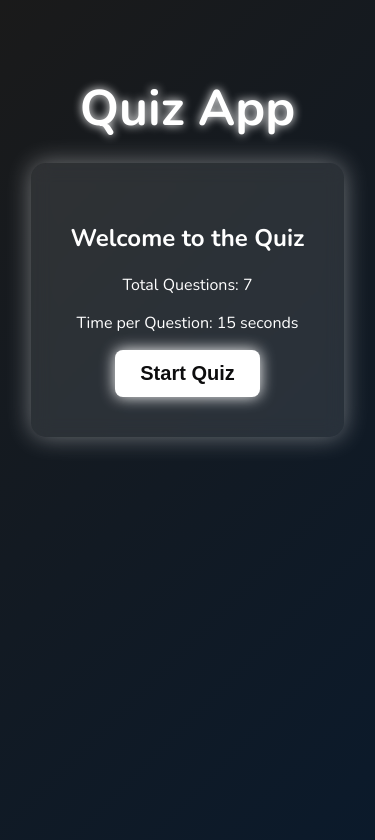
Repository: fatimaqueen9967-eng/SyntacexhubQuizApp
Page: index.html
An editor plug-in stored every save of this project. The page is shown before and after a run of saves, followed by the edit.
The browser window is 375 px wide. The pictures show the whole page.

Above is the page before, as saved 2026-03-15 21:51:48.

### index.html
<!DOCTYPE html>
<html lang="en">
<head>
<meta charset="UTF-8">
<meta name="viewport" content="width=device-width, initial-scale=1.0">
<title>Quiz App</title>
<link rel="stylesheet" href="style.css">
</head>

<body>

<h1 class="title">Quiz App</h1>

<!-- START SCREEN -->

<div id="startScreen" class="start-screen">

<h2>Welcome to the Quiz</h2>

<p>Total Questions: <span id="totalQ"></span></p>
<p>Time per Question: 15 seconds</p>

<button id="startBtn">Start Quiz</button>

</div>

<!-- QUIZ BOX -->

<div class="box hidden">

<div class="progress-bar">
<div id="progress"></div>
</div>

<div class="top-bar">
<span id="counter"></span>
<span id="timer">⏱ 15s</span>
</div>

<div id="question"></div>

<div id="options" class="options"></div>

<div id="answer-info"></div>

<button id="nextBtn">Next</button>

</div>

<!-- RESULT -->

<div id="result" class="result-box hidden">

<div class="circle">
<span id="scorePercent">0%</span>
</div>

<h2>Quiz Result</h2>

<p id="correct"></p>
<p id="wrong"></p>

<button onclick="location.reload()" style="background-color: #f2eff5; color: rgb(8, 8, 8); padding: 10px 20px; border: none; border-radius: 6px; cursor: pointer; font-size: 18px; box-shadow: 0 0 10px rgba(243, 241, 241, 0.3);">Restart Quiz</button>

</div>

<script src="script.js"></script>

</body>
</html>

### style.css

@import url('https://fonts.googleapis.com/css2?family=Nunito:wght@400;600;700;800;900&display=swap');
body{
/* background:linear-gradient(135deg,#89039b,#83005c); */
background: linear-gradient(135deg, #1a1a1a, #0b1a2b);
/* #1a1a1a = dark gray, #0b1a2b = navy */
font-family:Nunito;
display:flex;
flex-direction:column;
align-items:center;
/* justify-content:center; */
min-height:100vh;
margin:0;
color:white;
padding-top: 40px;
}

/* TITLE */

.title{
margin-bottom:20px;
text-shadow:0 0 10px white;
font-size: 50px;
}


/* START SCREEN */

.start-screen{
background:rgba(255,255,255,0.1);
padding:40px;
border-radius:15px;
text-align:center;
box-shadow:0 0 25px rgba(255,255,255,0.4);
backdrop-filter:blur(10px);
animation:fadeIn 1s;
}

.start-screen button{
padding:12px 25px;
border:none;
border-radius:8px;
background:#fff;
color:#0d0d0e;
font-size: 20px;
font-weight:bold;
cursor:pointer;
box-shadow:0 0 15px white;
transition:.3s;
}

.start-screen button:hover{
transform:scale(1.1);
}

/* QUIZ BOX */

.box{
background:white;
color:#333;
width:420px;
max-width:95%;
padding:20px;
border-radius:12px;
box-shadow:0 0 25px rgba(231, 229, 229, 0.3);
animation:fadeIn .5s;
}

.hidden{
display:none;
}

/* PROGRESS BAR */

.progress-bar{
width:100%;
height:8px;
background:#ddd;
border-radius:10px;
overflow:hidden;
margin-bottom:15px;
}

#progress{
height:100%;
width:0%;
/* background:linear-gradient(90deg,#81045c,#6e0169); */
background: linear-gradient(90deg, #121312, #072424);
transition:width .4s;
}

/* TOP BAR */

.top-bar{
display:flex;
justify-content:space-between;
margin-bottom:10px;
font-weight:bold;
}

/* QUESTION */

#question{
font-size:18px;
margin-bottom:15px;
}

/* OPTIONS */

.options button{
display:block;
width:100%;
padding:10px;
margin:8px 0;
border:none;
border-radius:8px;
/* background:#ce2cff; */
color:white;
cursor:pointer;
transition:.3s;
font-size: 20px;
background: #0b1a2b;
/* color: #39ff14;      */
box-shadow: 0 0 8px #0c0c0c;
}

.options button:hover{
transform:scale(1.05);
background:#f3f1f3;
color:#0b1a2b;
box-shadow: 0 0 15px #0c0c0c;
}

/* ANSWERS */

.correct{
background:#1e436d !important;
/* color: #39ff14 !important; */
color: #e3f8f8 !important;
}

.wrong{
background:#e74c3c !important;
}

/* CORRECT ANSWER TEXT */

#answer-info{
margin-top:10px;
font-weight:bold;
color:#0b1a2b;
font-size: 20px;
}

/* NEXT BUTTON */

#nextBtn{
margin-top:15px;
padding:10px 20px;
background:#0b1a2b;
color: #e3f8f8;
  box-shadow: 0 0 10px #111313;

border:none;
border-radius:6px;
cursor:pointer;
font-size: 18px;
}
#nextBtn:hover {
  box-shadow: 0 0 20px #272526;
}


/* RESULT */

.result-box{
text-align:center;
background:rgb(8, 8, 8);
color:#f7f4f4;
padding:30px;
font-size: 18px;
border-radius:12px;
width:350px;
max-width:90%;
box-shadow:0 0 25px rgba(0,0,0,0.3);
}

.circle{
width:150px;
height:150px;
border-radius:50%;
border:12px solid #f0eff1;
display:flex;
align-items:center;
justify-content:center;
font-size:28px;
font-weight:bold;
margin:20px auto;
animation:pop .6s;
border: 10px solid #15142e;
  color: #eef3f3;
  box-shadow: 0 0 15px #f8f6f6;
}
#timer, #counter {
  /* color: #b514ff; */
 color: #0b1a2b;
}

/* ANIMATIONS */

@keyframes pop{
from{transform:scale(.5);opacity:0}
to{transform:scale(1)}
}

@keyframes fadeIn{
from{opacity:0;transform:translateY(20px)}
to{opacity:1}
}

/* RESPONSIVE */

@media(max-width:600px){

.box{
padding:20px;
}
.title{

}


#question{
font-size:16px;
}

.options button{
font-size:14px;
}

.circle{
width:120px;
height:120px;
font-size:22px;
}

}

### script.js
// Quiz Data
const quizData=[
{
question:"What is the capital of France?",
options:["Berlin","Madrid","Paris","Rome"],
answer:"Paris"
},
{
question:"Full form of HTML?",
options:["Hyper Text Markup Language","High Text Markup Language","Hyper Text Market Language","None"],
answer:"Hyper Text Markup Language"
},
{
question:"Founder of Microsoft?",
options:["Steve Jobs","Bill Gates","Mark Zuckerberg","Elon Musk"],
answer:"Bill Gates"
},
{
question:"Why do we use CSS?",
options:["To structure the content","To style the content","To add interactivity"],
answer:"To style the content"
},
{
question:"DOM stands for?",
options:["Document Object Model","Data Object Model","Document Oriented Model","Data Oriented Model"],
answer:"Document Object Model"
},
{
question:"What does CreateElement do in JavaScript?",
options:["Creates a new HTML element","Deletes an HTML element","Updates an HTML element"],
answer:"Creates a new HTML element"
},
{
question:"What is Bootstrap?",
options:["A CSS framework","A JavaScript library","A Python framework"],
answer:"A CSS framework"
}
]

// DOM Elements
let currentQuestion=0
let score=0
let wrong=0
let timer
let timeLeft=15

const startBtn=document.getElementById("startBtn")
const startScreen=document.getElementById("startScreen")
const totalQ=document.getElementById("totalQ")
const counter=document.getElementById("counter")

const questionEl=document.getElementById("question")
const optionsEl=document.getElementById("options")
const nextBtn=document.getElementById("nextBtn")
const timerEl=document.getElementById("timer")
const progress=document.getElementById("progress")
const answerInfo=document.getElementById("answer-info")

// Show total questions on start screen
totalQ.innerText=quizData.length

// Start Quiz
startBtn.onclick=()=>{
    startScreen.classList.add("hidden")
    document.querySelector(".box").classList.remove("hidden")
    loadQuestion()
}

// Load Question
function loadQuestion(){
    clearInterval(timer)
    timeLeft=15
    startTimer()

    let q=quizData[currentQuestion]
    questionEl.innerText=q.question
    optionsEl.innerHTML=""
    answerInfo.innerHTML=""

    // Progress bar
    progress.style.width=(currentQuestion/quizData.length)*100+"%"

    // Question counter
    counter.innerText=(currentQuestion+1)+" / "+quizData.length

    // Options buttons
    q.options.forEach(option=>{
        let btn=document.createElement("button")
        btn.innerText=option
        btn.onclick=()=>selectAnswer(btn,option,q.answer)
        optionsEl.appendChild(btn)
    })
}

// Timer Function
function startTimer(){
    timerEl.innerText="⏱ "+timeLeft+"s"
    timer=setInterval(()=>{
        timeLeft--
        timerEl.innerText="⏱ "+timeLeft+"s"
        if(timeLeft<=0){
            clearInterval(timer)
            showCorrectAnswer()
        }
    },1000)
}

// Select Answer
function selectAnswer(button,option,correct){
    clearInterval(timer)
    let buttons=document.querySelectorAll(".options button")
    buttons.forEach(btn=>btn.disabled=true)

    if(option===correct){
        button.classList.add("correct")
        score++
    }else{
        button.classList.add("wrong")
        wrong++
        showCorrectAnswer()
    }
}

// Show Correct Answer
function showCorrectAnswer(){
    let q=quizData[currentQuestion]
    let buttons=document.querySelectorAll(".options button")
    buttons.forEach(btn=>{
        if(btn.innerText===q.answer){
            btn.classList.add("correct")
        }
    })
    answerInfo.innerText="Correct Answer: "+q.answer
}

// Next Button
nextBtn.onclick=()=>{
    currentQuestion++
    if(currentQuestion<quizData.length){
        loadQuestion()
    }else{
        showResult()
    }
}

// Show Result
function showResult(){
    document.querySelector(".box").style.display="none"
    let result=document.getElementById("result")
    result.classList.remove("hidden")

    let percent=Math.round((score/quizData.length)*100)
    document.getElementById("scorePercent").innerText=percent+"%"
    document.getElementById("correct").innerText="Correct Answers: "+score
    document.getElementById("wrong").innerText="Wrong Answers: "+wrong
}

After the next 6 saves:
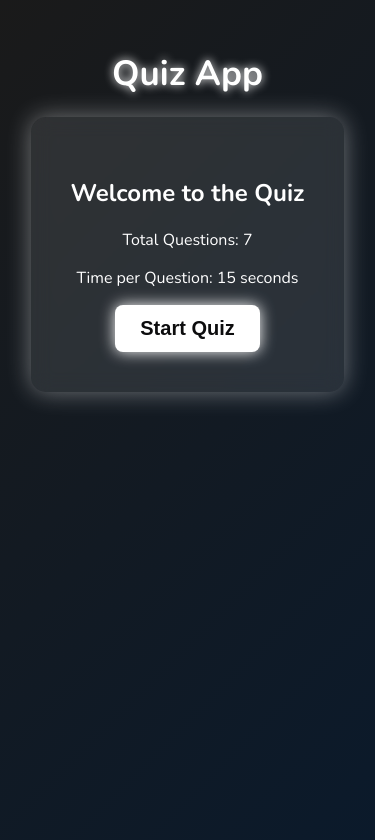
The 6 saves are shown as one change because they came seconds apart.
The last was saved 17 s later.
--- a/style.css
+++ b/style.css
@@ -226,7 +226,8 @@ to{opacity:1}
 padding:20px;
 }
 .title{
-
+font-size:35px;
+margin-top: 10px;
 }
 
 
